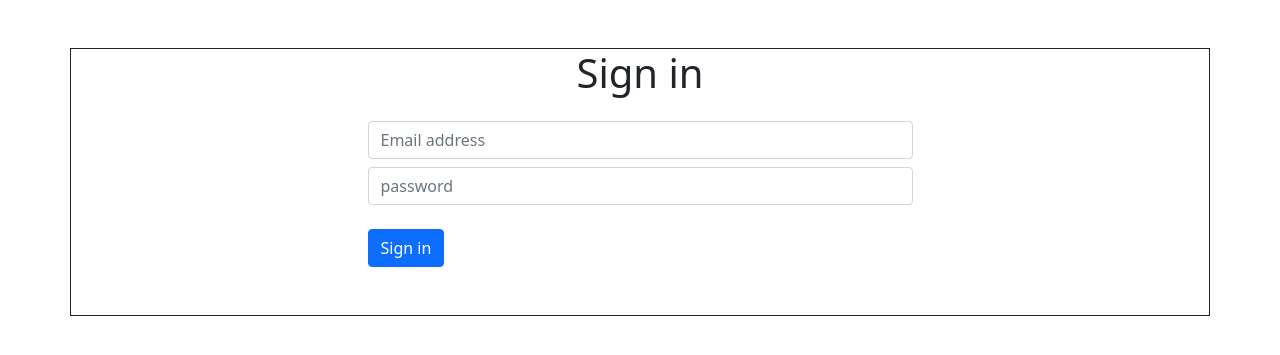
Repository: paresh-art/MyWebsite
Page: http://localhost/com.website/signIn.jsp
An editor plug-in stored every save of this project. The page is shown before and after the next save, followed by the edit.
The browser window is 1280 px wide. The pictures show the whole page.
The page is served by Tomcat 9. Other server files are loaded and not shown.

Above is the page before, as saved 2022-11-08 08:45:05.

### com.website/src/main/webapp/signIn.jsp
<%@ page language="java" contentType="text/html; charset=UTF-8"
	pageEncoding="UTF-8"%>
<!DOCTYPE html>
<html>
<head>
<meta charset="UTF-8">
<!-- Required meta tags -->
<meta charset="utf-8">
<meta name="viewport" content="width=device-width, initial-scale=1">
<!-- Bootstrap CSS -->
<link
	href="https://cdn.jsdelivr.net/npm/bootstrap@5.0.2/dist/css/bootstrap.min.css"
	rel="stylesheet"
	integrity="sha384-EVSTQN3/azprG1Anm3QDgpJLIm9Nao0Yz1ztcQTwFspd3yD65VohhpuuCOmLASjC"
	crossorigin="anonymous">

<title>Sign in Page</title>
</head>
<body>
	<div class="container mt-5 border border-dark">
		<h1 class="mx-auto text-center">Sign in</h1>
		<form action="home.jsp" class="mt-4" method="post">
			<div class="row">
				<div class="col-lg-6 col-md-8 col-sm-12 mx-auto text-light">
					<input type="text" class="form-control" placeholder="Email address"
						name="email">
				</div>
			</div>

			<div class="row mt-2">
				<div class="col-lg-6 col-md-8 col-sm-12 mx-auto text-light">
					<input type="password" class="form-control" placeholder="password"
						name="password">
				</div>
			</div>
			<br>
			<div class="row mb-5">
				<div class="col-lg-6 col-md-8 col-sm-12 mx-auto text-light">
					<button class="btn btn-primary " type="submit">Sign in</button>
				</div>

			</div>
		</form>
	</div>

<!-- Optional JavaScript; choose one of the two! -->

	<!-- Option 1: Bootstrap Bundle with Popper -->
	<script
		src="https://cdn.jsdelivr.net/npm/bootstrap@5.0.2/dist/js/bootstrap.bundle.min.js"
		integrity="sha384-MrcW6ZMFYlzcLA8Nl+NtUVF0sA7MsXsP1UyJoMp4YLEuNSfAP+JcXn/tWtIaxVXM"
		crossorigin="anonymous"></script>

	<!-- Option 2: Separate Popper and Bootstrap JS -->
	<!--
    <script src="https://cdn.jsdelivr.net/npm/@popperjs/core@2.9.2/dist/umd/popper.min.js" integrity="sha384-IQsoLXl5PILFhosVNubq5LC7Qb9DXgDA9i+tQ8Zj3iwWAwPtgFTxbJ8NT4GN1R8p" crossorigin="anonymous"></script>
    <script src="https://cdn.jsdelivr.net/npm/bootstrap@5.0.2/dist/js/bootstrap.min.js" integrity="sha384-cVKIPhGWiC2Al4u+LWgxfKTRIcfu0JTxR+EQDz/bgldoEyl4H0zUF0QKbrJ0EcQF" crossorigin="anonymous"></script>
    -->



</body>
</html>

After the next save:
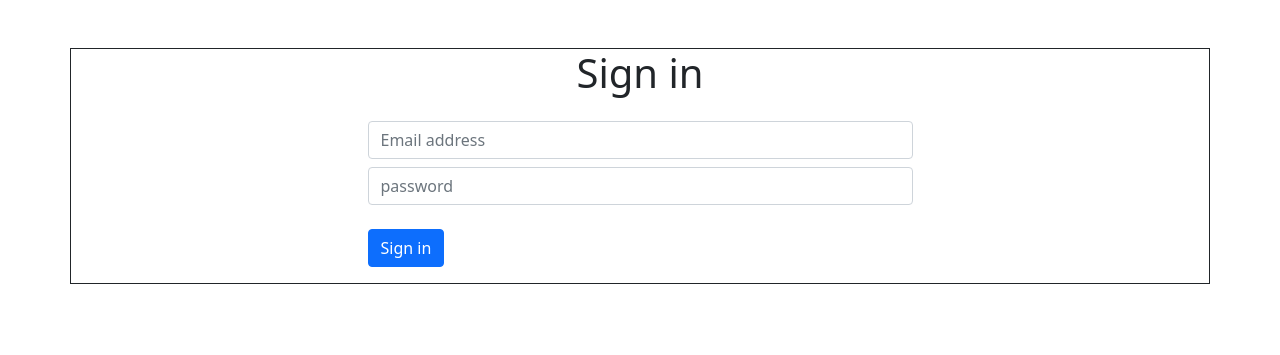
Saved 12 s later.
--- a/com.website/src/main/webapp/signIn.jsp
+++ b/com.website/src/main/webapp/signIn.jsp
@@ -34,7 +34,7 @@
 				</div>
 			</div>
 			<br>
-			<div class="row mb-5">
+			<div class="row mb-3">
 				<div class="col-lg-6 col-md-8 col-sm-12 mx-auto text-light">
 					<button class="btn btn-primary " type="submit">Sign in</button>
 				</div>
